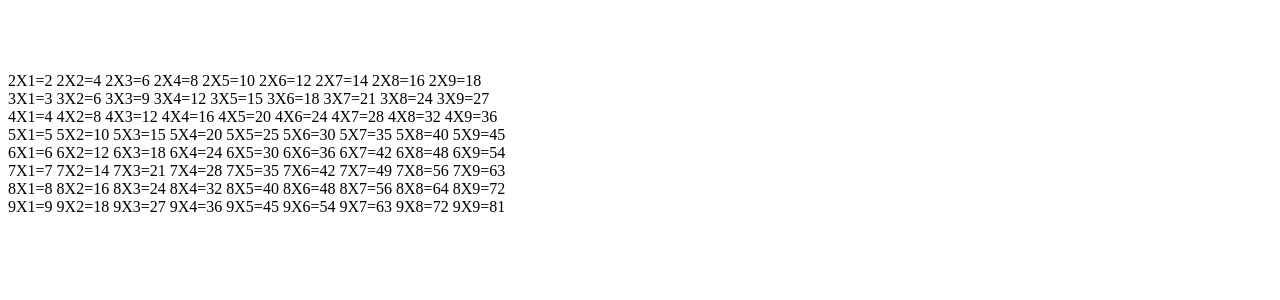
Repository: kkj68106810-dot/jsp2026
Page: http://localhost/chapter01/test02.jsp
An editor plug-in stored every save of this project. The page is shown before and after the next save, followed by the edit.
The browser window is 1280 px wide. The pictures show the whole page.
The page is served by Tomcat 9.

Above is the page before, as saved 2026-10-16 03:19:00.

After the next save:
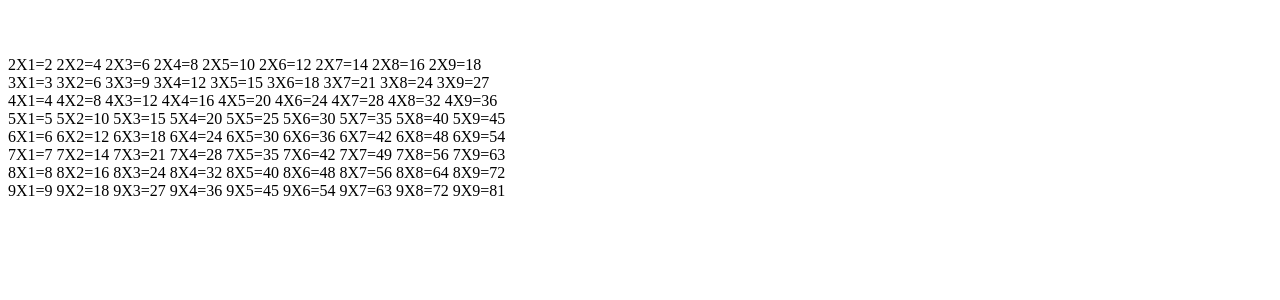
Saved 9 s later.
--- a/chapter01/src/main/webapp/test02.jsp
+++ b/chapter01/src/main/webapp/test02.jsp
@@ -20,10 +20,8 @@
 
 
 				<table>
-
-
 					<tbody>
-					<tr></tr>
+						<th></th>
 						<td></td>
 					</tbody>
 				</table>
